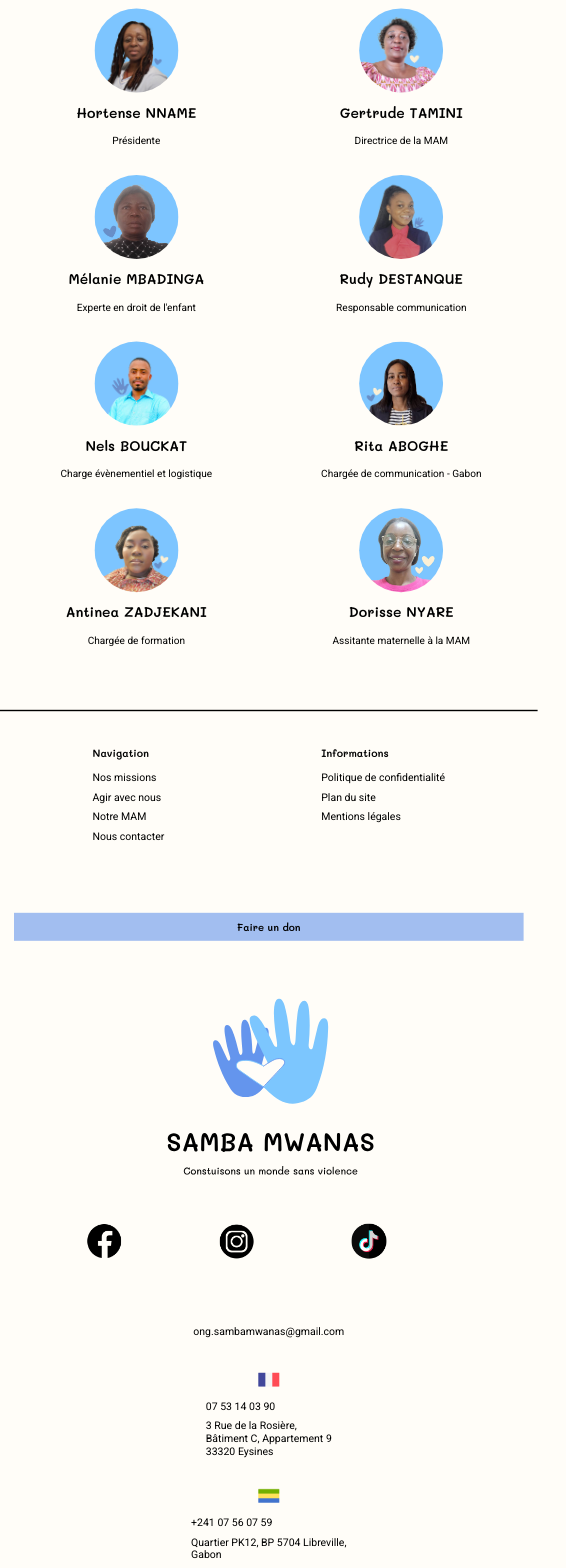
Repository: Danie-lDasilva/Samba-Mwanas
Page: index.html
These files come from the project's save history. The page is drawn as it stood at one moment and after the next save; the edit follows.
The browser window is 768 px wide. The page is 808 px wide, so the pictures cover 808 px, including what lies to the right of the window. The pictures show the part of the page from y = 2400 to 4640 px (the page is 4640 px tall), at 70% of full size.

Above is the page before, as saved 2025-03-06 21:24:38.

After the next save:
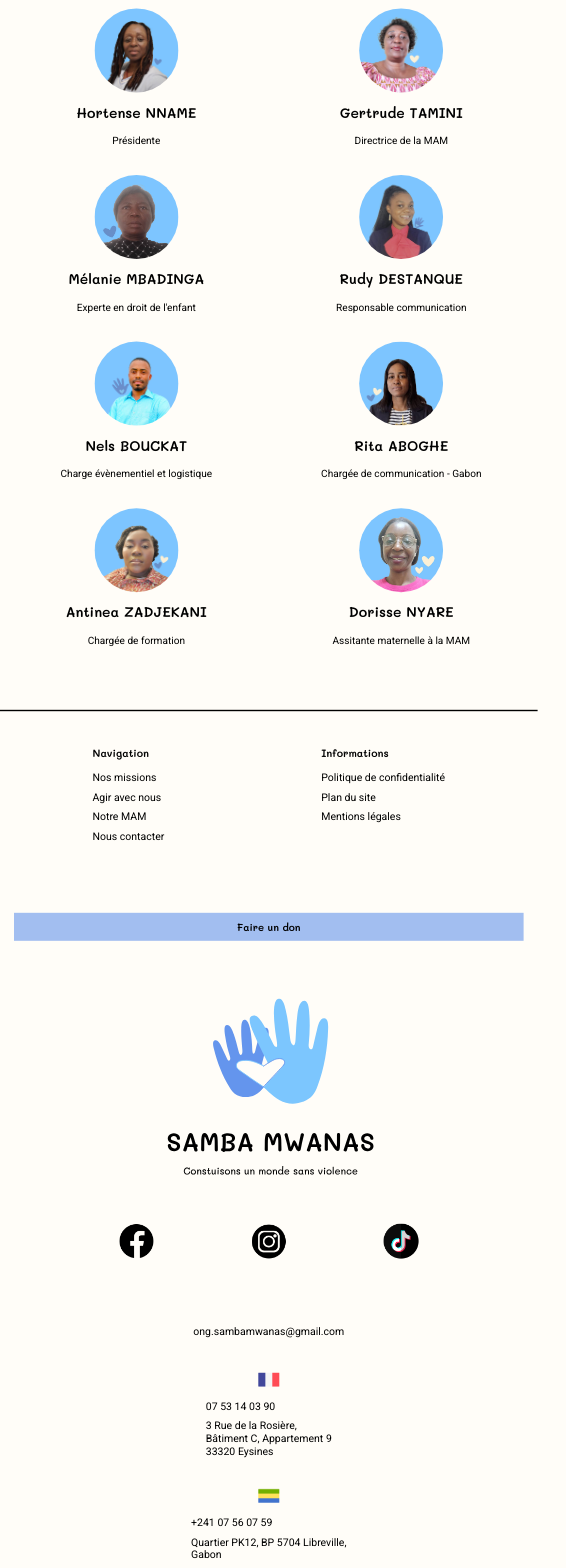
Saved 48 s later.
--- a/assets/css/style.css
+++ b/assets/css/style.css
@@ -688,6 +688,11 @@
         margin-right: 80px;
     }
 
+    .FooterRéseaux li {
+        display: flex;
+        justify-content: center;
+    }
+
     .FooterRéseaux img {
         width: 50px; /* Réduction de la taille des icônes en mode responsive */
         height: auto;
